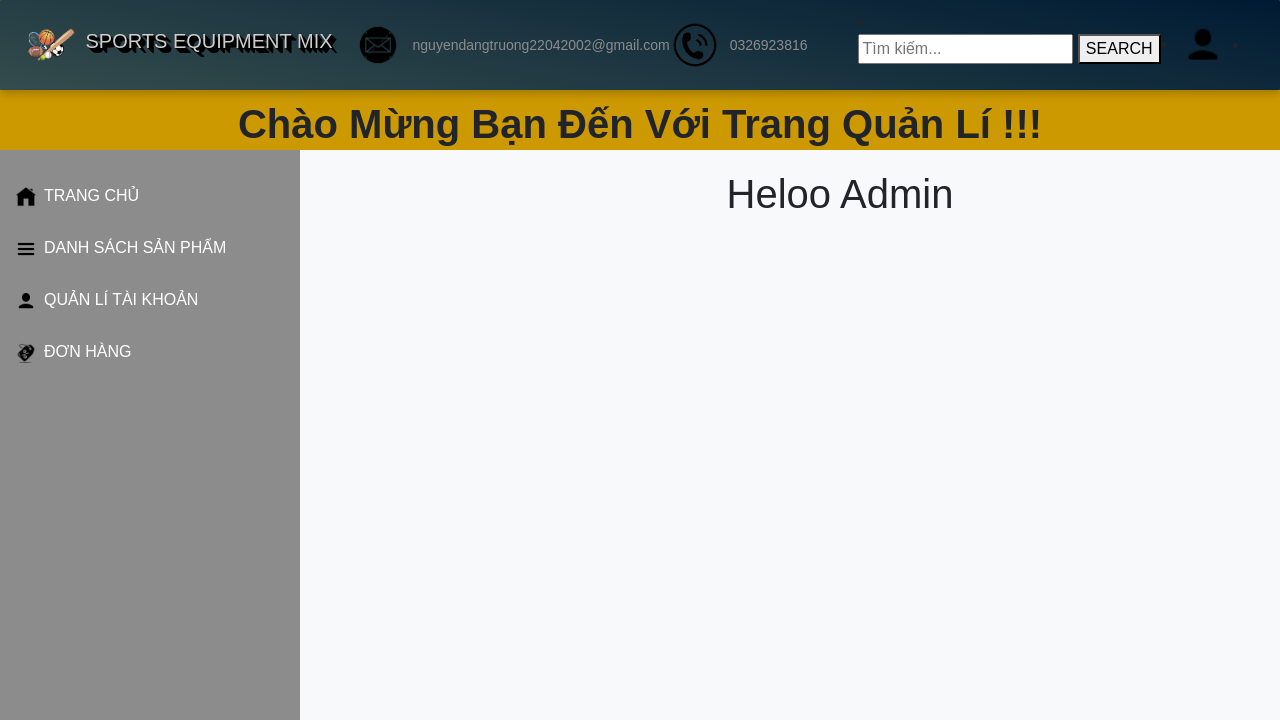
Repository: nguyendangtruong220420002/WWW-BanDungCuThietBiTheThao
Page: http://localhost/WebBanDungCuTheThao/Admin.jsp
An editor plug-in stored every save of this project. The page is shown before and after the next save, followed by the edit.
The browser window is 1280 px wide. The pictures show the whole page.
The page is served by Tomcat 10. Other server files are loaded and not shown.

Above is the page before, as saved 2024-07-22 09:18:38.

### WebBanDungCuTheThao/src/main/webapp/Admin.jsp
<%@ page language="java" contentType="text/html; charset=UTF-8"
	pageEncoding="UTF-8"%>
<%@ taglib uri="http://java.sun.com/jsp/jstl/core" prefix="c"%>
<html>
<head>
<meta charset="UTF-8">
<title>Trang Quản Lý</title>
<link
	href="https://stackpath.bootstrapcdn.com/bootstrap/4.5.2/css/bootstrap.min.css"
	rel="stylesheet">
<!-- Bootstrap JS và jQuery -->
<script src="https://code.jquery.com/jquery-3.5.1.slim.min.js"></script>
<script
	src="https://cdn.jsdelivr.net/npm/@popperjs/core@2.9.2/dist/umd/popper.min.js"></script>
<script
	src="https://stackpath.bootstrapcdn.com/bootstrap/4.5.2/js/bootstrap.min.js"></script>
<style>
body {
	font-family: Arial, sans-serif;
	margin: 0;
	padding: 0;
	box-sizing: border-box;
	display: flex;
	flex-direction: column;
	min-height: 100vh;
}

.logo {
	display: flex;
	align-items: center;
	justify-content: space-around;
	padding: 10px;
	background: linear-gradient(10deg, #344c4c, #001a33);
	border-radius: 1px;
	box-shadow: 0 4px 8px rgba(0, 0, 0, 0.2);
}

.logo-left {
	display: flex;
	align-items: center;
}

.logo-right {
	display: flex;
	align-items: center;
}

.logo img {
	height: 50px;
	width: 50px;
	margin-right: 10px;
}

.logo h1 {
	font-size: 20px;
	text-shadow: 1px 1px 0 #000, 2px 2px 0 #000, 3px 3px 0 #000, 4px 4px 0
		#000, 5px 5px 0 #000;
	color: #cccccc;
	font-weight: 100;
	margin-right: 20px;
}

.contact-info {
	display: flex;
	align-items: center;
	margin-right: 20px;
}

.contact-info h2 {
	margin: 0;
	font-size: 14px;
	color: #8c8c8c;
}

.social-icons img {
	height: 40px;
	width: 40px;
	margin: 10px;
}

header {
	background-color: #cc9900;
	height: 150px;
}

.memu-icons {
	height: 15px;
	width: 15px;
	margin: 0 5px;
}

.user-menu {
	display: none;
	position: absolute;
	background-color: white;
	border: 1px solid #ccc;
	padding: 10px;
	right: 15px;
	top: 40px;
}

.user-menu a {
	display: block;
	color: #333;
	text-decoration: none;
	margin: 5px 0;
}

.user-icon {
	position: relative;
	cursor: pointer;
}

.sidebar {
    width: 300px;
    height: 100%;
    background-color:  #8c8c8c;
    padding-top: 20px;
    position: fixed;
    top: 150px; /* Dưới header */
    left: 0;
    overflow-y: auto;
}

.nav-list {
    list-style-type: none;
    padding: 0;
    margin: 0;
}

.nav-list li {
    position: relative;
}

.nav-list li a {
    display: block;
    color: white;
    padding: 14px 16px;
    text-decoration: none;

}

.nav-list li a:hover {
    background-color: #111;
}

.menu-icons {
    height: 20px;
    width: 20px;
    margin-right: 8px;
}

.dropdown-content {
    display: none;
    background-color: #444;
    padding-left: 20px;
}

.dropdown-content a {
    color: white;
    padding: 12px 16px;
    text-decoration: none;
    display: block;
}

.dropdown-content a:hover {
    background-color: #555;
}

main {
    margin-left: 400px; /* Để lại khoảng trống cho sidebar */
    padding: 20px;
    flex: 1;
    width: auto;
}

.show {
    display: block;
}
</style>
<script>
	function toggleUserMenu() {
		var userMenu = document.getElementById("user-menu");
		if (userMenu.style.display === "block") {
			userMenu.style.display = "none";
		} else {
			userMenu.style.display = "block";
		}
	}
	function toggleDropdown(event) {
		event.preventDefault();
		var dropdownContent = event.currentTarget.nextElementSibling;
		dropdownContent.classList.toggle("show");
	}

</script>
</head>
<body>
	<header>
		<div class="logo">
			<div class="logo-left">
				<img alt="" src="IMG/logo.png">
				<h1>SPORTS EQUIPMENT MIX</h1>
				<div class="contact-info">
					<img alt="" src="IMG/thu.png" class="social-icons">
					<h2>nguyendangtruong22042002@gmail.com</h2>
					<img alt="" src="IMG/call.png" class="social-icons">
					<h2>0326923816</h2>
				</div>
			</div>
			<div class="logo-right">
				<li>
					<form action="search.jsp" method="get">
						<input type="text" name="query" placeholder="Tìm kiếm...">
						<button type="submit">SEARCH</button>
					</form>
				</li>
				<li><a href="#" class="user-icon" onclick="toggleUserMenu()"><img
						alt="" src="IMG/user.png" style="height: 40px; width: 40px"></a>
					<div id="user-menu" class="user-menu">
						<c:choose>
							<c:when test="${not empty sessionScope.ten}">
								<span class="user-info font-weight-bold text-black"> <c:out
										value="Xin chào: ${sessionScope.ten}" />
								</span>
								<button type="button" class="btn btn-danger"
									onclick="confirmLogout()">Đăng Xuất</button>
							</c:when>
							<c:otherwise>
								<button type="button" class="btn btn-primary"
									data-toggle="modal" data-target="#loginModal">Đăng
									Nhập</button>
								<button type="button" class="btn btn-primary"
									data-toggle="modal" data-target="#registerModal">Đăng
									Ký</button>
							</c:otherwise>
						</c:choose>
					</div></li>
				<li>
			</div>
		</div>
		<div style="text-align: center; margin-top: 10px">
			<h1 style="font-weight: bold;">Chào Mừng Bạn Đến Với Trang Quản
				Lí !!!</h1>
		</div>
	</header>
	<nav class="sidebar">
		<ul class="nav-list">
			<li><a href="Admin.jsp"><img alt="" src="IMG/home.png"
					class="menu-icons">TRANG CHỦ</a></li>
			<li class="dropdown"><a href="javascript:void(0)"
				class="dropbtn" onclick="toggleDropdown(event)"><img alt=""
					src="IMG/menu.png" class="menu-icons">DANH SÁCH SẢN PHẨM</a>
				<div class="dropdown-content">
					<a href="DanhSachLoaiSanPhamServlet">Loại Sản phẩm</a> <a
						href="DanhSachSanPhamServlet">Sản phẩm</a>
				</div></li>
			<li><a href="DanhSachUserServlet"><img alt="" src="IMG/user.png"
					class="menu-icons">QUẢN LÍ TÀI KHOẢN</a></li>
			<li><a href="DSDonHangServlet"><img alt="" src="IMG/sale.png"
					class="menu-icons">ĐƠN HÀNG</a></li>
		</ul>
	</nav>
	<main  style="text-align: center;">
		<h1>Heloo Admin</h1>
	</main>


	<footer> </footer>

<jsp:include page="Modal/register.jsp" />
	<jsp:include page="Modal/verify.jsp" />
	<jsp:include page="Modal/login.jsp" />


	 <script>
        $(document).ready(function() {
            // Kiểm tra nếu thuộc tính "showVerifyModal" có trong session và có giá trị true
            <% if (session.getAttribute("showVerifyModal") != null && (Boolean) session.getAttribute("showVerifyModal")) { %>
                $('#verifyModal').modal('show');
                <% session.removeAttribute("showVerifyModal"); %>
            <% } %>
        });
    </script>
<script>
    $(document).ready(function() {
        // Kiểm tra nếu thuộc tính "registerSuccess" có trong session và có giá trị true
        <% if (session.getAttribute("registerSuccess") != null) { %>
            <% Boolean registerSuccess = (Boolean) session.getAttribute("registerSuccess"); %>
            <% if (registerSuccess) { %>
                $('#registerSuccessModal').modal('show');
            <% } else { %>
                $('#registerFailureModal').modal('show');
            <% } %>
            <% session.removeAttribute("registerSuccess"); %>
        <% } %>
    });
</script>
	<!-- Modal Đăng Ký Thành Công -->
<div class="modal fade" id="registerSuccessModal" tabindex="-1" role="dialog" aria-labelledby="registerSuccessModalLabel" aria-hidden="true">
    <div class="modal-dialog" role="document">
        <div class="modal-content">
            <div class="modal-header">
                <h5 class="modal-title" id="registerSuccessModalLabel">Đăng ký thành công</h5>
                <button type="button" class="close" data-dismiss="modal" aria-label="Close">
                    <span aria-hidden="true">&times;</span>
                </button>
            </div>
            <div class="modal-body">
           Chúc mừng!. Xác thực tài khoản thành công
             .  Bạn đã đăng ký thành công. Vui lòng đăng nhập lại.
            </div>
            <div class="modal-footer">
                <button type="button" class="btn btn-secondary" data-dismiss="modal">Đóng</button>
            </div>
        </div>
    </div>
</div>

<!-- Modal Đăng Ký Không Thành Công -->
<div class="modal fade" id="registerFailureModal" tabindex="-1" role="dialog" aria-labelledby="registerFailureModalLabel" aria-hidden="true">
    <div class="modal-dialog" role="document">
        <div class="modal-content">
            <div class="modal-header">
                <h5 class="modal-title" id="registerFailureModalLabel">Đăng ký không thành công</h5>
                <button type="button" class="close" data-dismiss="modal" aria-label="Close">
                    <span aria-hidden="true">&times;</span>
                </button>
            </div>
            <div class="modal-body">
                Đăng ký không thành công. Mã xác thực bạn nhập không chính xác. Vui lòng thử lại.
            </div>
            <div class="modal-footer">
                <button type="button" class="btn btn-secondary" data-dismiss="modal">Đóng</button>
            </div>
        </div>
    </div>
</div>
	<!-- JavaScript để hiển thị modal khi cần -->

	<!-- Modal Đăng nhập thành công -->
	<div class="modal fade" id="loginSuccessModal" tabindex="-1"
		role="dialog" aria-labelledby="loginSuccessModalLabel"
		aria-hidden="true">
		<div class="modal-dialog" role="document">
			<div class="modal-content">
				<div class="modal-header">
					<h5 class="modal-title" id="loginSuccessModalLabel">Đăng Nhập
						Thành Công</h5>
					<button type="button" class="close" data-dismiss="modal"
						aria-label="Close">
						<span aria-hidden="true">&times;</span>
					</button>
				</div>
				<div class="modal-body">Chào mừng bạn đã đăng nhập thành công.
				</div>
				<div class="modal-footer">
					<button type="button" class="btn btn-secondary"
						data-dismiss="modal">Đóng</button>
				</div>
			</div>
		</div>
	</div>
	<script>
    $(document).ready(function() {

        <% if (session.getAttribute("loginSuccess") != null && (Boolean) session.getAttribute("loginSuccess")) { %>
            $('#loginSuccessModal').modal('show');
            <% session.removeAttribute("loginSuccess"); %>

            // Thay đổi nút "Đăng Nhập" và "Đăng Ký" thành nút "Đăng Xuất"
            var tenuser = '${sessionScope.ten}'; // Lấy tên người dùng từ session
            $('#user-menu').html('<span class="user-info font-weight-bold text-black">Xin Chào  ' + tenuser + '</span>' +
                '<button type="button" class="btn btn-danger" onclick="confirmLogout()">Đăng Xuất</button>');
        <% } %>
    });

    function confirmLogout() {
        // Hiển thị modal xác nhận đăng xuất
        $('#confirmLogoutModal').modal('show');
    }

    function logout() {
    	window.location.href = "LogoutServlet";
    }
</script>
	<!-- Modal Đăng nhập không thành công -->
	<div class="modal fade" id="loginFailedModal" tabindex="-1"
		role="dialog" aria-labelledby="loginFailedModalLabel"
		aria-hidden="true">
		<div class="modal-dialog" role="document">
			<div class="modal-content">
				<div class="modal-header">
					<h5 class="modal-title" id="loginFailedModalLabel">Đăng Nhập
						Không Thành Công</h5>
					<button type="button" class="close" data-dismiss="modal"
						aria-label="Close">
						<span aria-hidden="true">&times;</span>
					</button>
				</div>
				<div class="modal-body">Đăng nhập không thành công. Vui lòng
					kiểm tra lại email và mật khẩu.</div>
				<div class="modal-footer">
					<button type="button" class="btn btn-secondary"
						data-dismiss="modal">Đóng</button>
				</div>
			</div>
		</div>
	</div>
	<script>
    $(document).ready(function() {
        <%-- Kiểm tra xem thuộc tính loginFailed có trong session không --%>
        <% if (session.getAttribute("loginFailed") != null && (Boolean) session.getAttribute("loginFailed")) { %>
            <%-- Hiển thị modal "Đăng nhập không thành công" --%>
            $('#loginFailedModal').modal('show');
        <% }
           session.removeAttribute("loginFailed");
        %>
    });
</script>
	<!-- Modal xác nhận đăng xuất -->
	<div class="modal fade" id="confirmLogoutModal" tabindex="-1"
		role="dialog" aria-labelledby="confirmLogoutModalLabel"
		aria-hidden="true">
		<div class="modal-dialog" role="document">
			<div class="modal-content">
				<div class="modal-header">
					<h5 class="modal-title" id="confirmLogoutModalLabel">Xác nhận
						đăng xuất</h5>
					<button type="button" class="close" data-dismiss="modal"
						aria-label="Close">
						<span aria-hidden="true">&times;</span>
					</button>
				</div>
				<div class="modal-body">Bạn có chắc chắn muốn đăng xuất không?
				</div>
				<div class="modal-footer">
					<button type="button" class="btn btn-secondary"
						data-dismiss="modal">Hủy</button>
					<button type="button" class="btn btn-primary" onclick="logout()">Đăng
						xuất</button>
				</div>
			</div>
		</div>
	</div>



</body>
</html>

### WebBanDungCuTheThao/src/main/webapp/Modal/register.jsp
<%@ page language="java" contentType="text/html; charset=UTF-8"
    pageEncoding="UTF-8"%>
<!DOCTYPE html>
<html>
<head>
<meta charset="UTF-8">
<title>Register</title>
<link rel="stylesheet" href="https://stackpath.bootstrapcdn.com/bootstrap/4.3.1/css/bootstrap.min.css">
<style>
body {
    font-family: Arial, sans-serif;
    background-color: #f8f9fa;
    margin: 0;
    padding: 0;
}
.modal-content {
    border-radius: 8px;
    border: none;
}
.modal-header {
    background-color: #007bff;
    color: #fff;
    border-bottom: none;
    border-top-left-radius: 8px;
    border-top-right-radius: 8px;
}
.modal-title {
    margin: 0;
    font-weight: bold;
}
.close {
    color: #fff;
    opacity: 1;
}
.modal-body {
    padding: 20px;
}
.form-group label {
    font-weight: bold;
}
.form-control {
    border-radius: 4px;
    border: 1px solid #ced4da;
    padding: 10px;
}
.btn-primary {
    background-color: #007bff;
    border: none;
    border-radius: 4px;
    padding: 10px 20px;
}
.btn-primary:hover {
    background-color: #0056b3;
}
</style>
</head>
<body>
<div class="modal fade" id="registerModal" tabindex="-1" role="dialog" aria-labelledby="registerModalLabel" aria-hidden="true">
  <div class="modal-dialog" role="document">
    <div class="modal-content">
      <div class="modal-header">
        <h5 class="modal-title" id="registerModalLabel">Đăng Ký</h5>
        <button type="button" class="close" data-dismiss="modal" aria-label="Close">
          <span aria-hidden="true">&times;</span>
        </button>
      </div>
      <div class="modal-body">
        <form action="UserServlet" method="post">
          <div class="form-group">
            <label for="username">Họ và Tên</label>
            <input type="text" class="form-control" id="tenuser" name="tenuser" required>
          </div>
          <div class="form-group">
            <label for="password">Mật Khẩu</label>
            <input type="password" class="form-control" id="password" name="password" required>
          </div>
          <div class="form-group">
            <label for="email">Email</label>
            <input type="email" class="form-control" id="email" name="email" required>
          </div>
          <button type="submit" class="btn btn-primary">Đăng Ký</button>
        </form>
      </div>
    </div>
  </div>
</div>
<script src="https://code.jquery.com/jquery-3.3.1.slim.min.js"></script>
<script src="https://cdnjs.cloudflare.com/ajax/libs/popper.js/1.14.7/umd/popper.min.js"></script>
<script src="https://stackpath.bootstrapcdn.com/bootstrap/4.3.1/js/bootstrap.min.js"></script>
</body>
</html>

### WebBanDungCuTheThao/src/main/webapp/Modal/verify.jsp
<%@ page language="java" contentType="text/html; charset=UTF-8" pageEncoding="UTF-8"%>
<!DOCTYPE html>
<html>
<head>
<meta charset="UTF-8">
<title>Xác thực đăng ký</title>
<link rel="stylesheet" href="https://stackpath.bootstrapcdn.com/bootstrap/4.3.1/css/bootstrap.min.css">
<style>
body {
    font-family: Arial, sans-serif;
    background-color: #f8f9fa;
    margin: 0;
    padding: 0;
}

.modal-content {
    border-radius: 8px;
    border: none;
}

.modal-header {
    background-color: #007bff;
    color: #fff;
    border-bottom: none;
    border-top-left-radius: 8px;
    border-top-right-radius: 8px;
}

.modal-title {
    margin: 0;
    font-weight: bold;
}

.close {
    color: #fff;
    opacity: 1;
}

.modal-body {
    padding: 20px;
}

.form-group label {
    font-weight: bold;
}

.form-control {
    border-radius: 4px;
    border: 1px solid #ced4da;
    padding: 10px;
}

.btn-primary {
    background-color: #007bff;
    border: none;
    border-radius: 4px;
    padding: 10px 20px;
}

.btn-primary:hover {
    background-color: #0056b3;
}

.verification-input {
    width: 50px; /* Chiều rộng của từng ô nhập */
    text-align: center; /* Căn giữa nội dung */
    margin-right: 10px; /* Khoảng cách giữa các ô nhập */
    font-size: 1.5rem; /* Kích thước chữ trong ô nhập */
    border-radius: 4px; /* Bo góc nhẹ */
    border: 1px solid #ced4da; /* Đường viền nhẹ */
    padding: 10px; /* Khoảng cách bên trong ô nhập */
}

.verification-input:last-child {
    margin-right: 0; /* Loại bỏ khoảng cách bên phải của ô nhập cuối cùng */
}

.form-group {
    margin-bottom: 1rem; /* Khoảng cách dưới form-group */
}
</style>
<script>
document.addEventListener('DOMContentLoaded', function() {
    var inputs = document.querySelectorAll('.verification-input');
    var hiddenInput = document.getElementById('verificationCode');

    inputs.forEach(function(input, index) {
        input.addEventListener('input', function(e) {
            if (this.value.length === 1 && index < inputs.length - 1) {
                inputs[index + 1].focus();
            }
        });

        input.addEventListener('keydown', function(e) {
            if (e.key === 'Backspace' && this.value.length === 0 && index > 0) {
                inputs[index - 1].focus();
            }
        });
    });

    document.getElementById('verifyForm').addEventListener('submit', function(e) {
        var verificationCode = '';
        inputs.forEach(function(input) {
            verificationCode += input.value;
        });
        hiddenInput.value = verificationCode;
    });
});
</script>
</head>
<body>
    <div class="modal fade" id="verifyModal" tabindex="-1" role="dialog" aria-labelledby="verifyModalLabel" aria-hidden="true"  data-backdrop="static" data-keyboard="false">
        <div class="modal-dialog" role="document">
            <div class="modal-content">
                <div class="modal-header">
                    <h5 class="modal-title" id="verifyModalLabel">Xác thực đăng ký</h5>
                    <button type="button" class="close" data-dismiss="modal" aria-label="Close">
                        <span aria-hidden="true">&times;</span>
                    </button>
                </div>
                <div class="modal-body" style="text-align: center;">

                <form id="verifyForm" action="VerifyServlet" method="post">
    <div class="form-group">
        <label for="verificationCode">Mã xác thực</label>
        <div class="d-flex justify-content-between">
            <input type="text" class="form-control verification-input" id="verificationCode1" name="verificationCode1" maxlength="1" required>
            <input type="text" class="form-control verification-input" id="verificationCode2" name="verificationCode2" maxlength="1" required>
            <input type="text" class="form-control verification-input" id="verificationCode3" name="verificationCode3" maxlength="1" required>
            <input type="text" class="form-control verification-input" id="verificationCode4" name="verificationCode4" maxlength="1" required>
            <input type="text" class="form-control verification-input" id="verificationCode5" name="verificationCode5" maxlength="1" required>
            <input type="text" class="form-control verification-input" id="verificationCode6" name="verificationCode6" maxlength="1" required>
        </div>
        <small class="form-text text-muted">Vui lòng nhập 6 chữ số.</small>
    </div>
    <input type="hidden" id="verificationCode" name="verificationCode" />
    <button type="submit" class="btn btn-primary">Xác thực</button>
</form>
                </div>
            </div>
        </div>
    </div>

<script src="https://code.jquery.com/jquery-3.3.1.slim.min.js"></script>
<script src="https://cdnjs.cloudflare.com/ajax/libs/popper.js/1.14.7/umd/popper.min.js"></script>
<script src="https://stackpath.bootstrapcdn.com/bootstrap/4.3.1/js/bootstrap.min.js"></script>
</body>
</html>

### WebBanDungCuTheThao/src/main/webapp/Modal/login.jsp
<%@ page language="java" contentType="text/html; charset=UTF-8"
	pageEncoding="UTF-8"%>
<%@ taglib uri="http://java.sun.com/jsp/jstl/core" prefix="c"%>
<!DOCTYPE html>
<html>
<head>
<meta charset="UTF-8">
<title>Login</title>
<link rel="stylesheet"
	href="https://stackpath.bootstrapcdn.com/bootstrap/4.3.1/css/bootstrap.min.css">
<style>
body {
	font-family: Arial, sans-serif;
	background-color: #f8f9fa;
	margin: 0;
	padding: 0;
}

.modal-content {
	border-radius: 8px;
	border: none;
}

.modal-header {
	background-color: #007bff;
	color: #fff;
	border-bottom: none;
	border-top-left-radius: 8px;
	border-top-right-radius: 8px;
}

.modal-title {
	margin: 0;
	font-weight: bold;
}

.close {
	color: #fff;
	opacity: 1;
}

.modal-body {
	padding: 20px;
}

.form-group label {
	font-weight: bold;
}

.form-control {
	border-radius: 4px;
	border: 1px solid #ced4da;
	padding: 10px;
}

.btn-primary {
	background-color: #007bff;
	border: none;
	border-radius: 4px;
	padding: 10px 20px;
}

.btn-primary:hover {
	background-color: #0056b3;
}
</style>
</head>
<body>
	<div class="modal fade" id="loginModal" tabindex="-1" role="dialog"
		aria-labelledby="loginModalLabel" aria-hidden="true">
		<div class="modal-dialog" role="document">
			<div class="modal-content">
				<div class="modal-header">
					<h5 class="modal-title" id="loginModalLabel">Đăng Nhập</h5>
					<button type="button" class="close" data-dismiss="modal"
						aria-label="Close">
						<span aria-hidden="true">&times;</span>
					</button>
				</div>
				<div class="modal-body">
					<form action="LoginServlet" method="post">
						<div class="form-group">
							<label for="email">Email :</label> <input type="text"
								class="form-control" id="email" name="email" required>

						</div>
						<div class="form-group">
							<label for="password">Mật Khẩu:</label> <input type="password"
								class="form-control" id="password" name="password" required>
						</div>
						<div class="form-group">
							<div class="checkbox">
								<label><input type="checkbox" name="remember">
									Nhớ tài khoảng</label>
							</div>
						</div>
						<button type="submit" class="btn btn-primary">Đăng Nhập</button>
					</form>
				</div>
			</div>
		</div>
	</div>
	<script src="https://code.jquery.com/jquery-3.3.1.slim.min.js"></script>
	<script
		src="https://cdnjs.cloudflare.com/ajax/libs/popper.js/1.14.7/umd/popper.min.js"></script>
	<script
		src="https://stackpath.bootstrapcdn.com/bootstrap/4.3.1/js/bootstrap.min.js"></script>
</body>
</html>

After the next save:
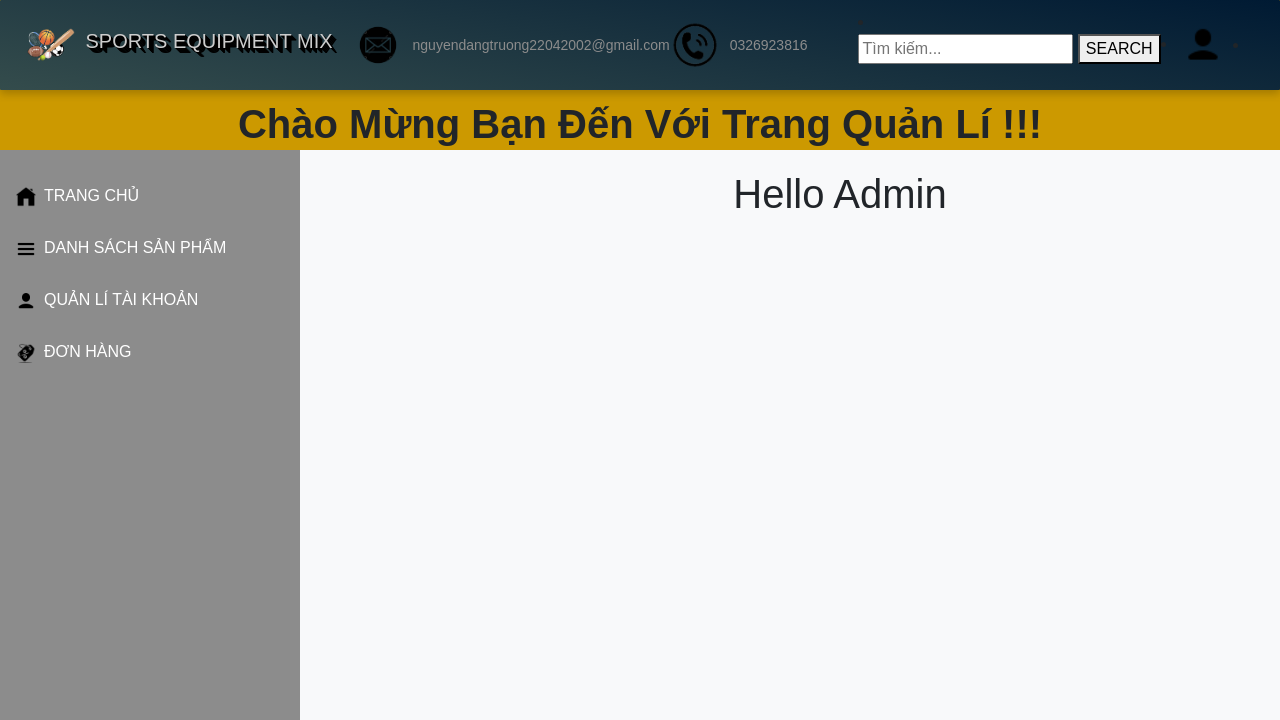
Saved 11 s later.
--- a/WebBanDungCuTheThao/src/main/webapp/Admin.jsp
+++ b/WebBanDungCuTheThao/src/main/webapp/Admin.jsp
@@ -262,7 +262,7 @@ main {
 		</ul>
 	</nav>
 	<main  style="text-align: center;">
-		<h1>Heloo Admin</h1>
+		<h1>Hello Admin</h1>
 	</main>
 
 
